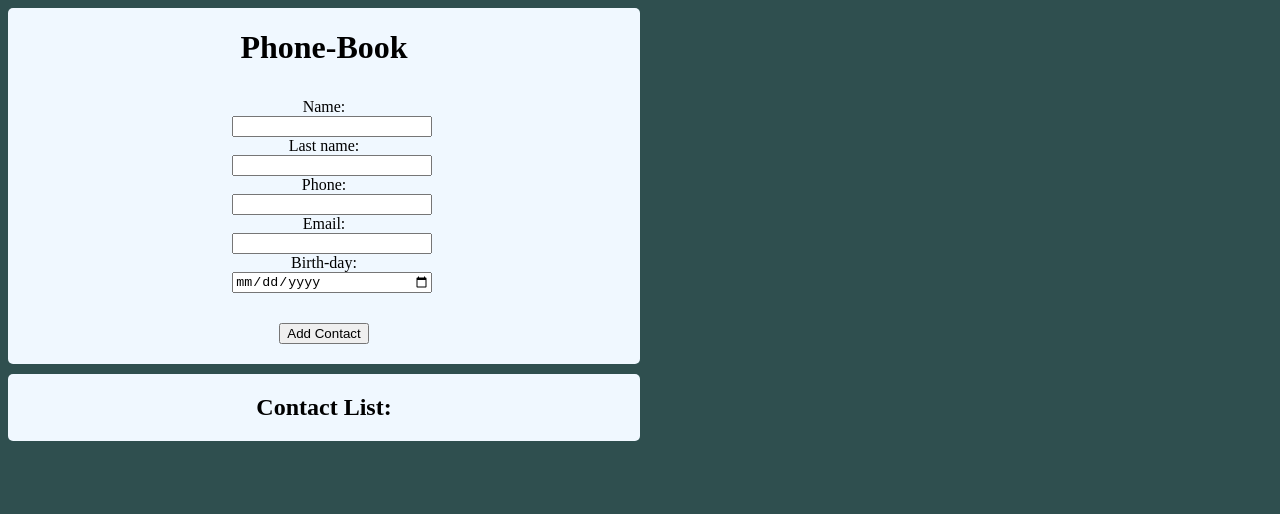
Repository: STA1357/Phone-book
Page: Inner.html
These files come from the project's save history. The page is drawn as it stood at one moment and after the next save; the edit follows.
The browser window is 1280 px wide. The pictures show the whole page.

Above is the page before, as saved 2020-12-08 17:21:54.

After the next save:
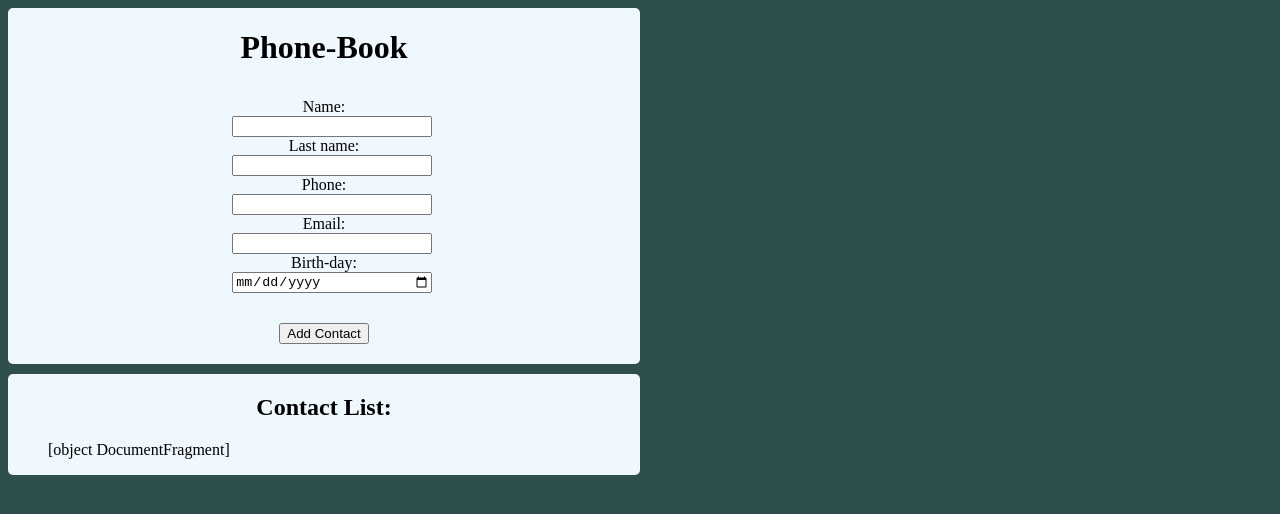
Saved 10 s later.
--- a/app.js
+++ b/app.js
@@ -10,6 +10,8 @@
 
     let contactsList = getContacts();
     let activeContact = null;
+
+    generateContactList();
 
     function getContacts() {
         const res = localStorage.getItem(localKey);

After the 2 saves that followed:
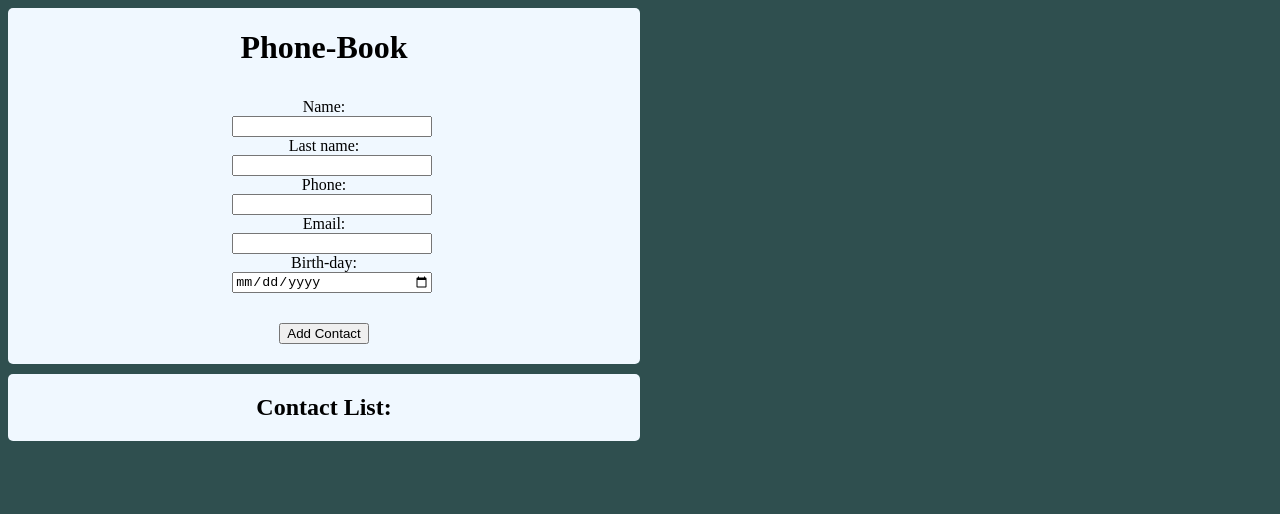
The 2 saves are shown as one change because 1 left the picture as it was.
The last was saved 3 min 12 s later.
--- a/app.js
+++ b/app.js
@@ -49,6 +49,7 @@
     }
 
     function generateContactList() {
+        console.log(contactsList);
         const fragment = document.createDocumentFragment();
         contactsList.forEach((contact) => {
             const { id, name, lastName, phone } = contact;
@@ -64,7 +65,7 @@
             container.appendChild(phonesList);
             fragment.appendChild(container);
         });
-        list.innerHTML = fragment;
+        list.appendChild(fragment);
     }
 
     function getId() {
